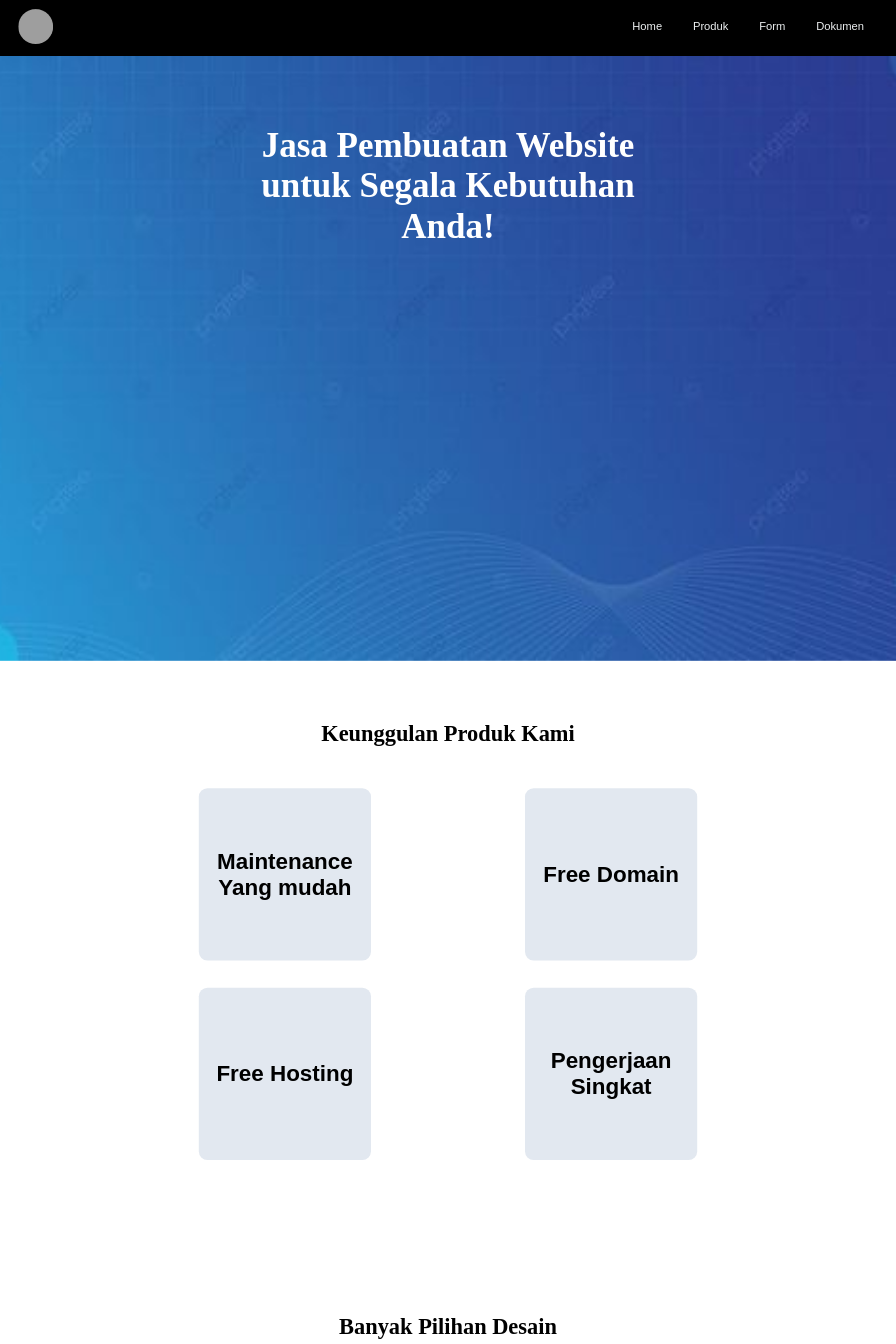
Repository: zecht12/TimModul
Page: TimModul.html
The author's editor kept a copy of each file at every save. The page is drawn from the files as they stood at one save, then again after the next save.
The browser window is 1280 px wide. The pictures show the part of the page from y = 0 to 1920 px (the page is 3920 px tall), at 70% of full size.
Pictures or frames that could not be fetched are drawn as grey boxes.

Above is the page before, as saved 2023-04-25 19:06:04.

After the next save:
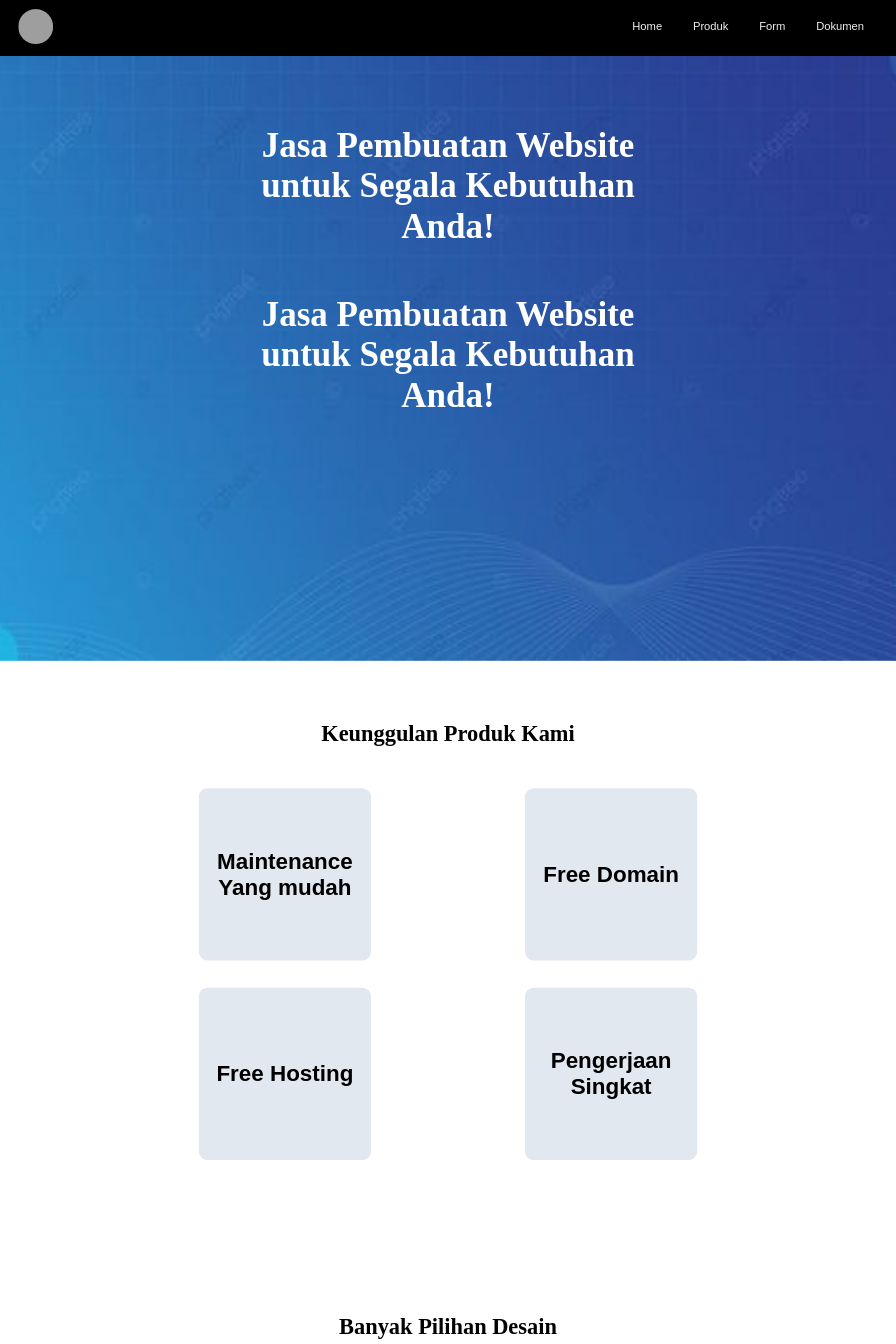
Saved 16 min 28 s later.
--- a/TimModul.html
+++ b/TimModul.html
@@ -26,6 +26,9 @@
 
             </div>
             <div style="height: auto; width: 70%;">
+                <div style=" display: flex; justify-content: center; align-items: center;">
+                    <h1 style="text-align: center; color: white; font-size: 50px; font-weight: 900; width: 80%;">Jasa Pembuatan Website untuk Segala Kebutuhan Anda!</h1>
+                </div>
                 <div style=" display: flex; justify-content: center; align-items: center;">
                     <h1 style="text-align: center; color: white; font-size: 50px; font-weight: 900; width: 80%;">Jasa Pembuatan Website untuk Segala Kebutuhan Anda!</h1>
                 </div>
